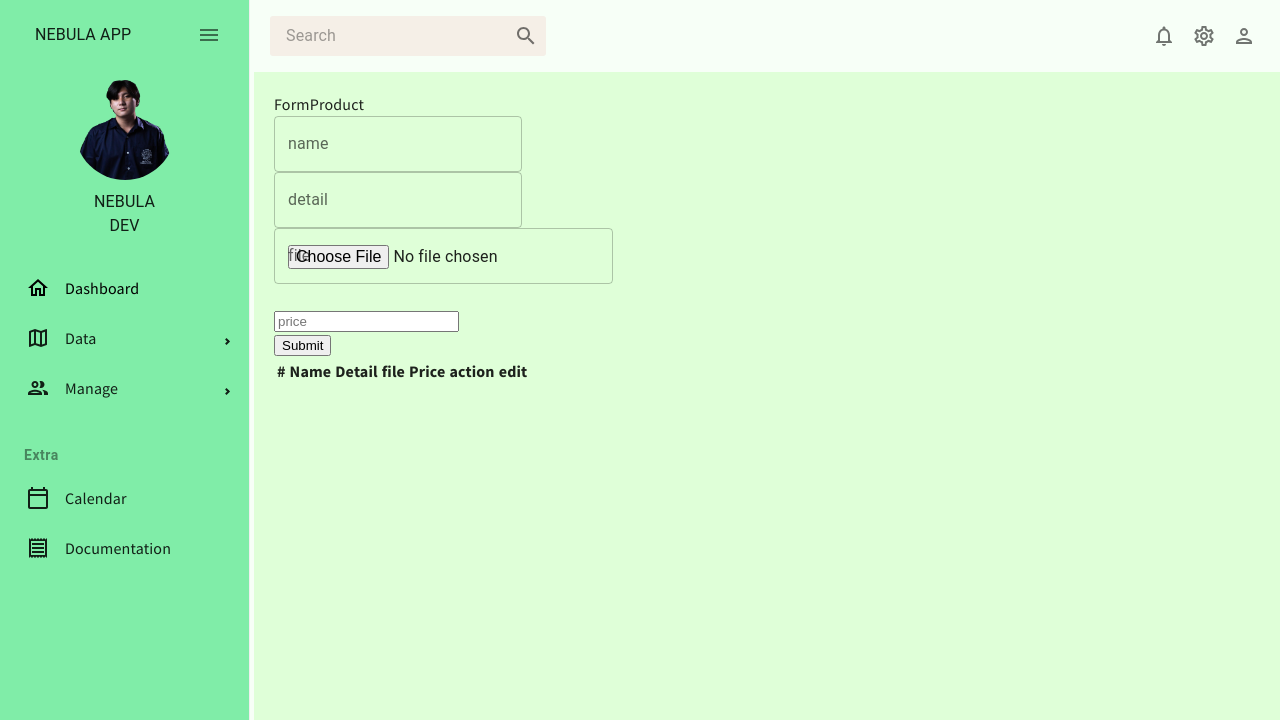
Repository: supakorn5039-boon/MERN
Page: /admin/viewtable (app in client/)
These files come from the project's save history. The page is drawn as it stood at one moment and after the next save; the edit follows.
The browser window is 1280 px wide. The pictures show the whole page.
The page's requests for data from a server got no answer. The project was rebuilt for these pictures with package versions that can differ from the ones it lists, and the page was loaded fresh each time. No one was signed in, and anything a server would have sent is missing. Also part of the build but not shown: client/src/App.css, client/src/components/FormEditProducts.jsx.

Above is the page before, as saved 2023-11-01 14:07:00.

### client/src/index.css
@import url("https://fonts.googleapis.com/css2?family=Source+Sans+Pro:wght@400;600;700&display=swap");

html,
body,
#root,
.app,
.content {
  height: 100%;
  width: 100%;
  font-family: "Source Sans Pro", sans-serif;
  background-color: #f7fff7;
  overflow: hidden;
}
.content_body {
  background-color: rgb(223, 255, 216);
  width: 100%;
  height: 90%;
  overflow: scroll;
}
.app {
  display: flex;
  position: relative;
}
.menu-bars {
  text-decoration: none;
  color: #000;
}
::-webkit-scrollbar {
  width: 10px;
}

::-webkit-scrollbar-track {
  background: #e0e0e0;
}

::-webkit-scrollbar-thumb {
  background: #888;
}

::-webkit-scrollbar-thumb:hover {
  background: #555;
}

### client/src/App.js
import "./App.css";
import { BrowserRouter, Route, Routes } from "react-router-dom";
import FormProduct from "./components/FormProduct";
import FormEditProducts from "./components/FormEditProducts";

//Layout

import HeaderBar from "./layout/HeaderBar";
import SideBar from "./layout/SideBar";
import { CssBaseline, Box } from "@mui/material";

function App() {
  return (
    <BrowserRouter>
      <>
        <CssBaseline />
        <div className="app">
          <SideBar />
          <main className="content">
            <HeaderBar />
            <div className="content_body">
              <Box m="20px">
                <Routes>
                  <Route path="/admin/viewtable" element={<FormProduct />} />
                  <Route path="/edit/:id" element={<FormEditProducts />} />
                </Routes>
              </Box>
            </div>
          </main>
        </div>
      </>
    </BrowserRouter>
  );
}

export default App;

### client/src/components/FormProduct.js
import React, { useState, useEffect } from "react";
import { remove, create, getdata } from "../functions/product";
import { Box, TextField } from "@mui/material";

import { Link } from "react-router-dom";

const FormProduct = () => {
  const [data, setData] = useState([]);
  const [form, setForm] = useState([]);

  useEffect(() => {
    loadData();
  }, []);

  // Pull the data from backend  show on frontend  below
  const loadData = async () => {
    getdata()
      .then((res) => setData(res.data))
      .catch((err) => console.log(err));
  };

  const handleChange = (e) => {
    if (e.target.name === "file") {
      setForm({
        // ... copy function inside of useState in form if [] it's mean nothing
        ...form,
        [e.target.name]: e.target.files[0],
      });
    } else {
      setForm({
        ...form,
        [e.target.name]: e.target.value,
      });
    }
  };

  //Submit type and collect to backend
  const handleSubmit = async (e) => {
    e.preventDefault();

    const formWithImageData = new FormData();
    for (const key in form) {
      formWithImageData.append(key, form[key]);
    }

    create(formWithImageData)
      .then((res) => {
        console.log(res.data);

        // use data in submit show to frontend
        loadData();
      })
      .catch((err) => console.log(err));
  };
  const handleRemove = async (id) => {
    remove(id)
      .then((res) => {
        console.log(res);
        loadData();
      })
      .catch((err) => console.log(err));
  };

  // Webpage
  return (
    <div>
      FormProduct
      <form onSubmit={handleSubmit} encType="multipart/form-data">
        <div>
          <TextField
            id="outlined-basic"
            label="name"
            name="name"
            onChange={(e) => handleChange(e)}
            variant="outlined"
          />
        </div>
        <div>
          <TextField
            id="outlined-basic"
            label="detail"
            name="detail"
            onChange={(e) => handleChange(e)}
            variant="outlined"
          />
        </div>

        <div>
          <TextField
            type="file"
            id="outlined-basic"
            label="file"
            name="file"
            onChange={(e) => handleChange(e)}
            variant="outlined"
          />
        </div>

        <br />
        <input
          type="text"
          name="price"
          onChange={(e) => handleChange(e)}
          placeholder="price"
        ></input>
        <br />
        <button>Submit</button>
      </form>
      <table className="table">
        <thead>
          <tr>
            <th scope="col">#</th>
            <th scope="col">Name</th>
            <th scope="col">Detail</th>
            <th scope="col">file</th>
            <th scope="col">Price</th>
            <th scope="col">action</th>
            <th scope="col">edit</th>
          </tr>
        </thead>
        <tbody>
          {data
            ? data.map((item, index) => (
                <tr key={index}>
                  <td>{index + 1}</td>
                  <td>{item.name}</td>
                  <td>{item.detail}</td>
                  <td>{item.file}</td>
                  <td>{item.price}</td>
                  <td onClick={() => handleRemove(item._id)}>Delete</td>
                  <td>
                    <Link to={"/edit/" + item._id}>Edit</Link>
                  </td>
                </tr>
              ))
            : null}
        </tbody>
      </table>
    </div>
  );
};

export default FormProduct;

### client/src/layout/HeaderBar.js
import react, { useState } from "react";
import { Box, IconButton, Menu, MenuItem } from "@mui/material";
import InputBase from "@mui/material/InputBase";
import NotificationsOutlinedIcon from "@mui/icons-material/NotificationsOutlined";
import SettingsOutlinedIcon from "@mui/icons-material/SettingsOutlined";
import PersonOutlinedIcon from "@mui/icons-material/PersonOutlined";
import SearchIcon from "@mui/icons-material/Search";
import { Link } from "react-router-dom";

const HeaderBar = () => {
  const [anchorEl, setAnchorEl] = useState(null);

  const handleMenu = (event) => {
    setAnchorEl(event.currentTarget);
  };

  const handleClose = () => {
    setAnchorEl(null);
  };
  return (
    <Box display="flex" justifyContent="space-between" p={2}>
      {/* search  */}
      <Box display="flex" borderRadius="3px" backgroundColor="#F5EFE7">
        <InputBase sx={{ ml: 2, flex: 1 }} placeholder="Search" />
        <IconButton type="button" sx={{ p: 1 }}>
          <SearchIcon />
        </IconButton>
      </Box>

      {/* icons */}
      <Box display="flex">
        <IconButton>
          <NotificationsOutlinedIcon />
        </IconButton>
        <IconButton>
          <SettingsOutlinedIcon />
        </IconButton>
        <IconButton>
          <PersonOutlinedIcon onClick={handleMenu} />
          <Menu
            id="menu-appbar"
            anchorEl={anchorEl}
            anchorOrigin={{
              vertical: "top",
              horizontal: "right",
            }}
            keepMounted
            transformOrigin={{
              vertical: "top",
              horizontal: "right",
            }}
            open={Boolean(anchorEl)}
            onClose={handleClose}
          >
            <Link to="#" className="menu-bars">
              <MenuItem onClick={handleClose}>Profile</MenuItem>
            </Link>
            <Link to="#" className="menu-bars">
              <MenuItem onClick={handleClose}>My account</MenuItem>
            </Link>
          </Menu>
        </IconButton>
      </Box>
    </Box>
  );
};

export default HeaderBar;

### client/src/layout/SideBar.js
import React, { useState } from "react";
import {
  Sidebar,
  Menu,
  MenuItem,
  SubMenu,
  SidebarFooter,
} from "react-pro-sidebar";
import { Box, IconButton, Typography, useTheme, Badge } from "@mui/material";
import { Link } from "react-router-dom";

import HomeOutlinedIcon from "@mui/icons-material/HomeOutlined";
import PeopleOutlinedIcon from "@mui/icons-material/PeopleOutlined";
import ReceiptOutlinedIcon from "@mui/icons-material/ReceiptOutlined";
import CalendarTodayOutlinedIcon from "@mui/icons-material/CalendarTodayOutlined";
import BarChartOutlinedIcon from "@mui/icons-material/BarChartOutlined";
import PieChartOutlineOutlinedIcon from "@mui/icons-material/PieChartOutlineOutlined";
import MenuOutlinedIcon from "@mui/icons-material/MenuOutlined";
import MapOutlinedIcon from "@mui/icons-material/MapOutlined";
import TableViewIcon from "@mui/icons-material/TableView";
const SideBar = () => {
  const [isCollapsed, setisCollapsed] = useState(false);
  const [toggled, setToggled] = useState(false);
  const [broken, setBroken] = useState(false);

  return (
    <div
      style={{
        display: "flex",
        height: "100%",
      }}
    >
      <Sidebar
        collapsed={isCollapsed}
        toggled={toggled}
        onBackdropClick={() => setToggled(false)}
        onBreakPoint={setBroken}
        backgroundColor="#80EDA8"
        breakPoint="md"
        style={{ height: "100%" }}
      >
        <div
          style={{ display: "flex", flexDirection: "column", height: "100%" }}
        >
          <div style={{ flex: 1, marginBottom: "32px" }}>
            <Menu iconShape="square">
              {/* LOGO */}
              <MenuItem
                onClick={() => setisCollapsed(!isCollapsed)}
                icon={isCollapsed ? <MenuOutlinedIcon /> : undefined}
                style={{
                  margin: "10px 0 20px 0",
                }}
              >
                {!isCollapsed && (
                  <Box
                    display="flex"
                    justifyContent="space-between"
                    alignItems="center"
                    ml="15px"
                  >
                    <Typography>NEBULA APP</Typography>
                    <IconButton onClick={() => setisCollapsed(!isCollapsed)}>
                      <MenuOutlinedIcon />
                    </IconButton>
                  </Box>
                )}
              </MenuItem>
              {!isCollapsed && (
                <Box mb="25px">
                  <Box
                    display="flex"
                    justifyContent="center"
                    alignItems="center"
                  >
                    <img
                      alt="profile-user"
                      width="100px"
                      height="100px"
                      src={`/assets/Photo.png`}
                      style={{ cursor: "pointer", borderRadius: "50%" }}
                    />
                  </Box>
                  <Box textAlign="center">
                    <Typography sx={{ m: "10px 0 0 0" }}>NEBULA</Typography>
                    <Typography>DEV </Typography>
                  </Box>
                </Box>
              )}

              <Link to="/admin" className="menu-bars">
                <MenuItem icon={<HomeOutlinedIcon />}>Dashboard</MenuItem>
              </Link>

              <SubMenu icon={<MapOutlinedIcon />} label="Data">
                <Link to={"/admin/viewtable"} className="menu-bars">
                  <MenuItem icon={<TableViewIcon />}>Table</MenuItem>
                </Link>
                <MenuItem icon={<BarChartOutlinedIcon />}>
                  {" "}
                  Line charts
                </MenuItem>
              </SubMenu>

              <SubMenu label="Manage" icon={<PeopleOutlinedIcon />}>
                <Link to={"/admin/manage"} className="menu-bars">
                  <MenuItem>User</MenuItem>
                </Link>
                <MenuItem> Admin</MenuItem>
              </SubMenu>
            </Menu>

            <div
              style={{
                padding: "0 24px",
                marginBottom: "8px",
                marginTop: "32px",
              }}
            >
              <Typography
                variant="body2"
                fontWeight={600}
                style={{
                  opacity: isCollapsed ? 0 : 0.5,
                  letterSpacing: "0.5px",
                }}
              >
                Extra
              </Typography>
            </div>

            <Menu>
              <MenuItem icon={<CalendarTodayOutlinedIcon />}>Calendar</MenuItem>
              <MenuItem icon={<ReceiptOutlinedIcon />}>Documentation</MenuItem>
            </Menu>
          </div>
        </div>
      </Sidebar>
      <main>
        <div style={{ padding: "16px 2px ", color: "#44596e" }}>
          <div style={{ marginBottom: "16px" }}>
            {broken && (
              <IconButton onClick={() => setToggled(!toggled)}>
                <MenuOutlinedIcon />
              </IconButton>
            )}
          </div>
        </div>
      </main>
    </div>
  );
};
export default SideBar;

### client/src/functions/product.js
import axios from "axios";
import { appCheck, getToken } from "../firebase";

const GenerateToken = async () => {
  try {
    const token = await getToken(appCheck);
    return token;
  } catch (err) {
    console.log(err);
    return null;
  }
};

export const remove = async (id) =>
  await axios.delete(process.env.REACT_APP_API + "/product/" + id);

export const create = async (data) =>
  await axios.post(process.env.REACT_APP_API + "/product", data);

export const getdata = async () => {
  const boon = await GenerateToken();
  console.log("boon token", boon);
  return await axios.get(process.env.REACT_APP_API + "/product", {
    headers: {
      "X-Firebase-AppCheck": boon.token,
    },
  });
};

export const read = async (id) => {
  return await axios.get(process.env.REACT_APP_API + "/product/" + id);
};

export const updated = async (id, data) => {
  return await axios.put(process.env.REACT_APP_API + "/product/" + id, data);
};

### client/src/firebase.js
import { initializeApp } from "firebase/app";
import { getAnalytics } from "firebase/analytics";
import {
  initializeAppCheck,
  ReCaptchaV3Provider,
  getToken,
} from "firebase/app-check";

const firebaseConfig = {
  apiKey: "AIzaSyBBM6ayVSyx_ET3Nlx3cLt0ngnVWywZbPM",
  authDomain: "ws-ac-de4c7.firebaseapp.com",
  projectId: "ws-ac-de4c7",
  storageBucket: "ws-ac-de4c7.appspot.com",
  messagingSenderId: "289463955788",
  appId: "1:289463955788:web:0a17ed261d7a3b6a8edfe9",
  measurementId: "G-FX5SNJL1DR",
};

// Initialize Firebase
const app = initializeApp(firebaseConfig);
const analytics = getAnalytics(app);

const appCheck = initializeAppCheck(app, {
  provider: new ReCaptchaV3Provider("6Leql-IoAAAAAA7WR4PGgxlusjWs3nhkkHNlLg7r"),

  // Optional argument. If true, the SDK automatically refreshes App Check
  // tokens as needed.
  isTokenAutoRefreshEnabled: true,
});

export { appCheck, getToken };

Loaded but not shown: client/public/index.html (common file); client/src/index.js (common file); client/src/reportWebVitals.js (common file)

After the next save:
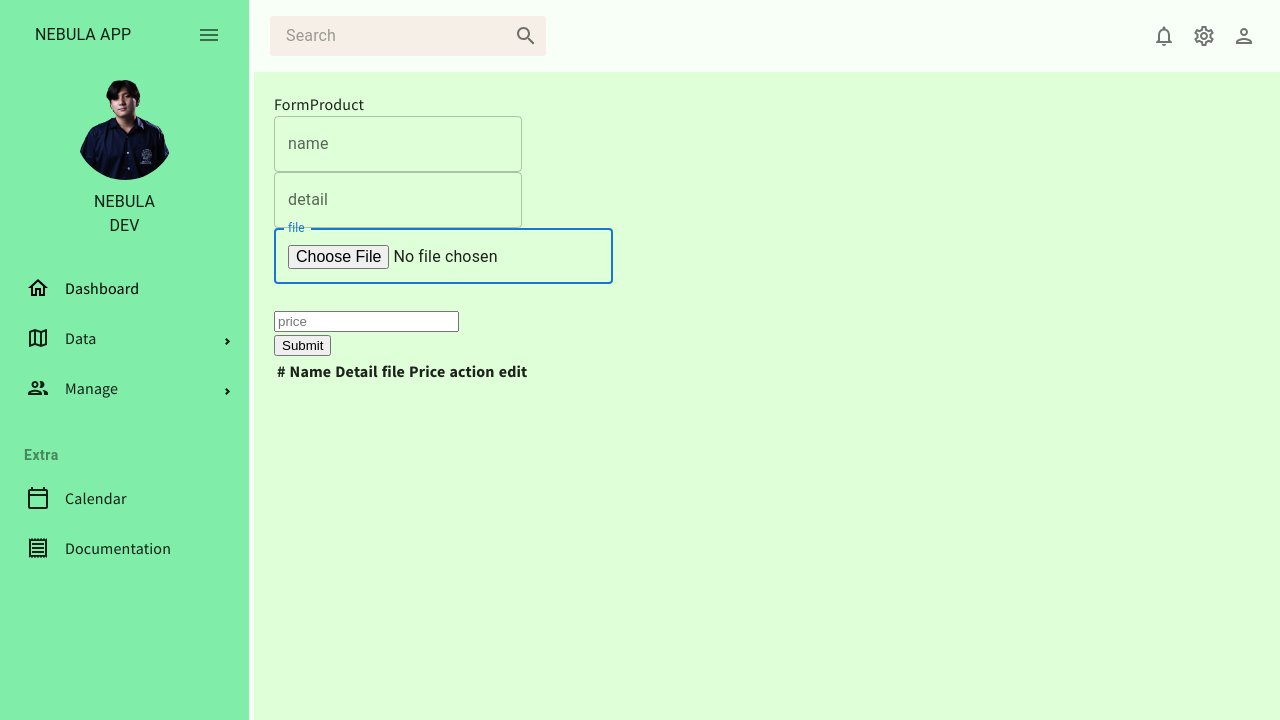
Saved 17 s later.
--- a/client/src/components/FormProduct.js
+++ b/client/src/components/FormProduct.js
@@ -93,6 +93,7 @@ const FormProduct = () => {
             name="file"
             onChange={(e) => handleChange(e)}
             variant="outlined"
+            focused
           />
         </div>
 
